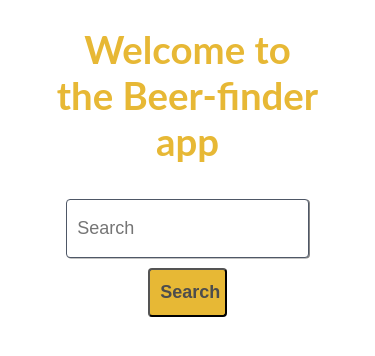
Repository: marcinszymaszek/beer-finder
Page: /
An editor plug-in stored every save of this project. The page is shown before and after the next save, followed by the edit.
The browser window is 375 px wide. The pictures show the whole page.
The project was rebuilt for these pictures with package versions that can differ from the ones it lists, and the page was loaded fresh each time.

Above is the page before, as saved 2020-05-10 20:37:00.

### public/index.html
<!DOCTYPE html>
<html lang="en">
  <head>
    <meta charset="utf-8" />
    <link rel="icon" href="%PUBLIC_URL%/favicon.ico" />
    <meta name="viewport" content="width=device-width, initial-scale=1" />
    <meta name="theme-color" content="#000000" />
    <meta
      name="description"
      content="Web site created using create-react-app"
    />
    <link rel="apple-touch-icon" href="%PUBLIC_URL%/logo192.png" />
    <!--
      manifest.json provides metadata used when your web app is installed on a
      user's mobile device or desktop. See https://developers.google.com/web/fundamentals/web-app-manifest/
    -->
    <link rel="manifest" href="%PUBLIC_URL%/manifest.json" />
    <!--
      Notice the use of %PUBLIC_URL% in the tags above.
      It will be replaced with the URL of the `public` folder during the build.
      Only files inside the `public` folder can be referenced from the HTML.

      Unlike "/favicon.ico" or "favicon.ico", "%PUBLIC_URL%/favicon.ico" will
      work correctly both with client-side routing and a non-root public URL.
      Learn how to configure a non-root public URL by running `npm run build`.
    -->
    <title>Beer-finder App</title>
  </head>
  <body>
    <noscript>You need to enable JavaScript to run this app.</noscript>
    <div id="root"></div>
    <!--
      This HTML file is a template.
      If you open it directly in the browser, you will see an empty page.

      You can add webfonts, meta tags, or analytics to this file.
      The build step will place the bundled scripts into the <body> tag.

      To begin the development, run `npm start` or `yarn start`.
      To create a production bundle, use `npm run build` or `yarn build`.
    -->
  </body>
</html>

### src/index.js
import React from 'react';
import ReactDOM from 'react-dom';
import './index.css';
import App from './components/main/App';
import * as serviceWorker from './serviceWorker';

ReactDOM.render(
  <React.StrictMode>
    <App />
  </React.StrictMode>,
  document.getElementById('root')
);

// If you want your app to work offline and load faster, you can change
// unregister() to register() below. Note this comes with some pitfalls.
// Learn more about service workers: https://bit.ly/CRA-PWA
serviceWorker.unregister();

### src/components/main/App.js
import React, { useState, useEffect } from 'react';
import './App.css';
import Search from '../search/Search'


const App = () => {

  return (
    <div className="main-container">
      <h1 className="app-title">Welcome to the Beer-finder app</h1>
      <Search />


    </div>
  );
}

export default App;

### src/components/main/App.css
.main-container {
  font-family: Lato, sans-serif;
  font-size: 1.5em;
  height: 100vh;
  line-height: 20px;
  font-size: 1.3rem;
  text-align: center;
  margin: 5% 20%;
  color: #e7b835;
}

.app-title{
  line-height: normal;
}

@media (max-width: 1199px)  {
  .main-container  {
    font-size: 1.2em;
  }
}

@media (max-width: 576px)  {
  .main-container  {
    height: auto;
    margin-bottom: 20%;
    margin-left: 15%;
    margin-right: 15%;
  }
}

### src/components/search/Search.js
import React, { useState, useEffect } from 'react';
import './Search.css';


const Search = () => {

    return (
        <div className="inline-container">
            <input name="text" type="text" placeholder="Search" />
            <button>Search</button>
        </div>
    )
}

export default Search;

### src/components/search/Search.css
.inline-container {
    display: flex;
    flex-flow: wrap;
    align-content: center;
    align-items: stretch;
    justify-content: space-around;
}

input {
    width: 100%;
    margin: 10px;
    padding: 18px 10px;
    border-radius: 4px;
    border: 1px solid #4e5766;
    box-shadow: 1px 0.5px #888888;
    font-size: 18px;
}

    button {
        padding: 12px 10px;
        width: 30%;
        border-radius: 4px;
        background-color: #e7b835;
        color: #4d4d4d;
        cursor: pointer;
        font-size: 18px;
        font-weight: 700;
    }


@media (max-width: 767px)  {
    .inline-container {
        justify-content: space-evenly;
    }
}

@media (max-width: 576px)  {
    .button {
        width: 100%;
    }
  }

Loaded but not shown: src/index.css (common file); src/serviceWorker.js (common file)

After the next save:
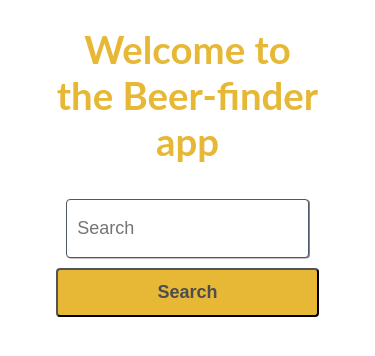
Saved 12 s later.
--- a/src/components/search/Search.css
+++ b/src/components/search/Search.css
@@ -35,7 +35,7 @@ input {
 }
 
 @media (max-width: 576px)  {
-    .button {
+    button {
         width: 100%;
     }
   }
